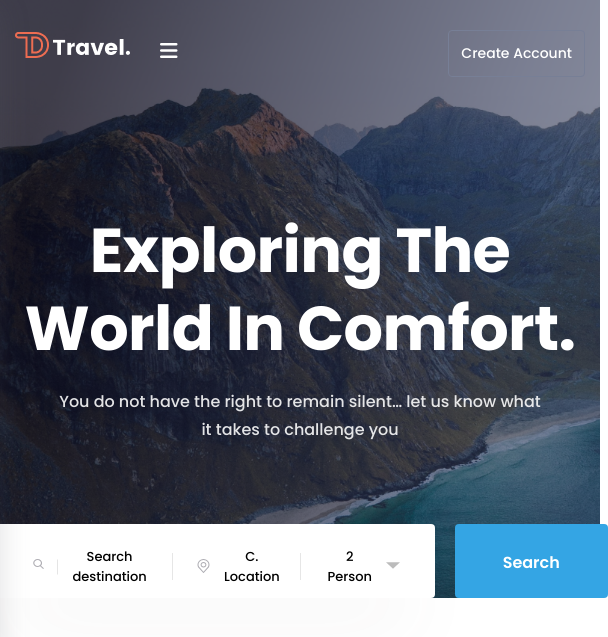
Repository: hoang0508/LandingPage-CodeTravel2
Page: index.html
An editor plug-in stored every save of this project. The page is shown before and after the next save, followed by the edit.
The browser window is 600 px wide. The page is 608 px wide, so the pictures cover 608 px, including what lies to the right of the window. The pictures show the whole page.
Some web libraries are served in a nearby version. The style sheet was rebuilt from its Sass, Less or Tailwind sources for each picture, by a compiler version that may differ from the author's.

Above is the page before, as saved 2022-09-16 14:49:08.

### index.html
<!DOCTYPE html>
<html lang="en">
  <head>
    <meta charset="UTF-8" />
    <meta http-equiv="X-UA-Compatible" content="IE=edge" />
    <meta name="viewport" content="width=device-width, initial-scale=1.0" />
    <title>Travale LandingPage</title>
    <link rel="stylesheet" href="https://cdnjs.cloudflare.com/ajax/libs/font-awesome/4.7.0/css/font-awesome.css">
    <link rel="stylesheet" href="./css/style.css" />
  </head>
  <body>
    <div class="wrapper">
      <!-- HEADER -->
      <header class="header">
        <div class="container">
          <div class="header-main">
            <div class="header-logo">
              <img src="./images/Logo.png" alt="Logo" />
            </div>
            <nav class="header-menu">
              <ul class="header-menu--list">
                <li class="header-menu--item">
                  <a href="#" class="header-menu--link">FIND A TRIP</a>
                </li>
                <li class="header-menu--item">
                  <a href="#" class="header-menu--link">DESTINATIONS</a>
                </li>
                <li class="header-menu--item">
                  <a href="#" class="header-menu--link">WHY BESNIK</a>
                </li>
                <li class="header-menu--item">
                  <a href="#" class="header-menu--link">CONTACT</a>
                </li>
              </ul>
              <div class="header-bar">
                <i class="fa-solid fa-bars"></i>
              </div>
            </nav>
            <div class="overlay"></div>

            <div class="header-button">
              <button class="button button-acount">Create Account</button>
            </div>
          </div>

          <div class="header-content">
            <h1 class="header-content--title">
              Exploring The World In Comfort.
            </h1>
            <p class="header-content--desc">
              You do not have the right to remain silent… let us know what it
              takes to challenge you
            </p>
            <div class="header-form">
              <div class="header-content--form">
                <div class="form-down">
                  <div class="form-down--col">
                    <div class="form-down--icon">
                      <img src="./images/icon-search.svg" alt="" />
                    </div>
                    <div class="form-down--text form-down--text-border"></div>
                      <span class="form-down--text form-down--text-txt">Search destination</span>
                    </div>
                  <div class="form-down--col">
                    <div class="form-down--icon">
                      <img src="./images/icon-loacation.svg" alt="" />
                    </div>
                    <span class="form-down--text form-down--text-location">C. Location</span>
                  </div>
                  <div class="form-down--col">
                    <span class="form-down--text">2 Person</span>
                    <div class="form-down--icon">
                      <img src="./images/icon-arrow.svg" alt="" />
                    </div>
                  </div>
                </div>
                </div>
                <button class="button button-search">Search</button>
              </div>
            </div>
          </div>
        </div>
      </header>
    </div>

    <script src="https://kit.fontawesome.com/6ddfb9b121.js" crossorigin="anonymous"></script>
    <script src="./script/main.js"></script>
  </body>
</html>

### script/main.js
const headerMenuList = document.querySelector(".header-menu--list");
const headerBar = document.querySelector(".header-bar");
const overlay = document.querySelector(".overlay");

headerBar.addEventListener("click", (item) => {
  headerMenuList.classList.toggle("header-menu--active");
  overlay.classList.toggle("show-overlay");
});

overlay.addEventListener("click", () => {
  headerMenuList.classList.remove("header-menu--active");
  overlay.classList.remove("show-overlay");
});

### sass/main.scss
@import "reset";
@import "variable";
@import "typography";
@import "base";
@import "global";
@import "header";

### sass/_reset.scss
*,
*::before,
*::after {
  box-sizing: border-box;
}
* {
  margin: 0;
  padding: 0;
  font: inherit;
}
body {
  line-height: 1.5;
}
img,
picture,
video,
canvas,
svg {
  display: block;
  max-width: 100%;
}
input,
button,
textarea,
select {
  outline: none;
}
p,
h1,
h2,
h3,
h4,
h5,
h6 {
  overflow-wrap: break-word;
}

a {
  text-decoration: none;
}

ul,
li {
  list-style: none;
}

### sass/_variable.scss
$text-white: #fff;
$primary-color: #34a5e4;
$border-gray: #e6e6e6;

### sass/_typography.scss
@font-face {
  font-family: "Poppins";
  src: url("../fonts/Poppins-Regular.ttf") format("opentype");
  font-style: normal;
  font-display: auto;
  font-weight: 400;
}

@font-face {
  font-family: "Poppins";
  src: url("../fonts/Poppins-Light.ttf") format("opentype");
  font-style: normal;
  font-display: auto;
  font-weight: 300;
}

@font-face {
  font-family: "Poppins";
  src: url("../fonts/Poppins-Medium.ttf") format("opentype");
  font-style: normal;
  font-display: auto;
  font-weight: 500;
}

@font-face {
  font-family: "Poppins";
  src: url("../fonts/Poppins-SemiBold.ttf") format("opentype");
  font-style: normal;
  font-display: auto;
  font-weight: 600;
}

@font-face {
  font-family: "Poppins";
  src: url("../fonts/Poppins-Thin.ttf") format("opentype");
  font-style: normal;
  font-display: auto;
  font-weight: 100;
}

@font-face {
  font-family: "Poppins";
  src: url("../fonts/Poppins-Bold.ttf") format("opentype");
  font-style: normal;
  font-display: auto;
  font-weight: 700;
}

### sass/_base.scss
body {
  font-family: "Poppins", sans-serif;
  font-weight: 500;
}

.wrapper {
  max-width: 1600px;
  margin: 0 auto;
}

.container {
  max-width: 1280px;
  margin: 0 auto;
}

@media screen and (max-width: 1023.98px) {
  .container {
    padding: 0 15px;
  }
}

### sass/_global.scss
// Button
button.button {
  display: inline-block;
  border: 0;
  cursor: pointer;
  color: $text-white;
  font-size: 14px;
  &-acount {
    background-color: transparent;
    padding: 19px 23px;
    border: 1.5px solid #777f96;
    border-radius: 4px;
  }
  &-search {
    height: 74px;
    padding: 27px 48px;
    background-color: $primary-color;
    color: $text-white;
    font-size: 16px;
    font-weight: 600;
    border-radius: 4px;
  }
}

// overlay
.show-overlay {
  position: fixed;
  top: 0;
  right: 0;
  bottom: 0;
  left: 0;
  background-color: rgba(0, 0, 0, 0.5);
  z-index: 10;
}

@media screen and (max-width: 767.98px) {
  button.button {
    &-acount {
      padding: 12px;
    }
  }
}

### sass/_header.scss
.header {
  background-image: url("../images/header-img.png");
  min-height: 800px;
  background-size: cover;
  background-repeat: repeat;
  padding-top: 30px;
  &-main {
    display: flex;
    align-items: center;
    margin-bottom: 135px;
  }
  &-logo {
    margin-right: 261px;
  }
  &-menu {
    &--list {
      display: flex;
      align-items: center;
      gap: 0 42px;
      margin-right: 225px;
    }
    &--link {
      color: $text-white;
      text-transform: lowercase;
      font-size: 14px;
    }
  }
  &-button {
    margin-left: auto;
  }
  &-form {
    display: flex;
    justify-content: center;
    align-items: center;
    gap: 0 20px;
  }
  &-content {
    text-align: center;
    &--title {
      max-width: 640px;
      width: 100%;
      margin: 0 auto;
      font-size: 62px;
      font-weight: 700;
      color: $text-white;
      margin-bottom: 20px;
      letter-spacing: -0.01em;
      line-height: 78px;
    }
    &--desc {
      max-width: 493px;
      margin: 0 auto;
      color: #ffffff;
      font-weight: 500;
      mix-blend-mode: normal;
      opacity: 0.88;
      line-height: 28px;
      margin-bottom: 80px;
    }
    &--form {
      background-color: #ffffff;
      padding: 23px 35px 24px 41px;
      height: 74px;
      border-radius: 4px;
      box-shadow: 0px 40px 80px -22px rgba(98, 89, 89, 0.09);
      .form-down {
        display: flex;
        align-items: center;
        &--col {
          display: flex;
          align-items: center;
          gap: 0 13px;
          &:nth-child(1) {
            margin-right: 43px;
          }
          &:nth-child(2) {
            position: relative;
            &::before {
              content: "";
              position: absolute;
              width: 1px;
              height: 27px;
              background-color: $border-gray;
              left: -25px;
            }
            &::after {
              content: "";
              position: absolute;
              width: 1px;
              height: 27px;
              background-color: $border-gray;
              right: 0;
            }
          }
          &:nth-child(3) {
            margin-left: 25px;
          }
        }
        &--text-border {
          position: relative;
          &::before {
            position: absolute;
            content: "";
            width: 1px;
            height: 15px;
            background: #e5e5e5;
            top: 50%;
            transform: translateY(-50%);
          }
        }
        &--text-txt {
          margin-right: 4px;
        }
        &--text-location {
          padding-right: 20px;
        }
        &--icon {
          width: 16px;
          height: 16px;
          display: inline-block;
          img {
            width: 100%;
            object-fit: cover;
          }
        }
      }
    }
  }
}

// reponsive Header

// Tablet
@media screen and (max-width: 1023.98px) {
  .header {
    min-height: 700px;
    &-main {
      align-items: baseline;
    }
    &-logo {
      margin-right: 30px;
    }
    &-menu--list {
      position: fixed;
      max-width: 400px;
      width: 100%;
      top: 0;
      left: 0;
      bottom: 0;
      background-color: #fff;
      box-shadow: rgba(100, 100, 111, 0.2) 0px 7px 29px 0px;
      display: flex;
      flex-direction: column;
      gap: 30px 0;
      align-items: stretch;
      padding: 20px;
      z-index: 20;
      transform: translateX(-100%);
      transition: all 0.25s linear;
    }
    &-menu--link {
      font-size: 18px;
      color: #333;
    }
    &-bar {
      color: $text-white;
      font-size: 20px;
      cursor: pointer;
    }
    &-menu--active {
      transform: translate(0);
    }
    .form-down--text {
      font-size: 13px;
    }
  }
}

// Phone
@media screen and (max-width: 767.98px) {
  .header {
    min-height: 500px;
    &-menu--list {
      max-width: 300px;
    }
  }
}

After the next save:
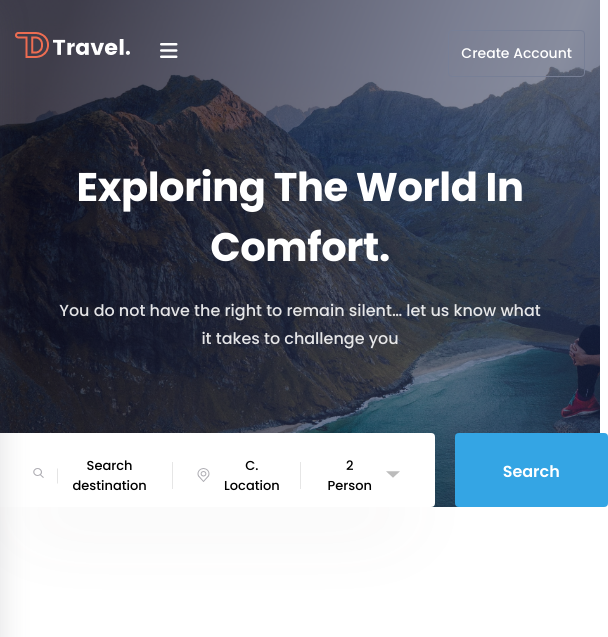
Saved 3 min 15 s later.
--- a/sass/_header.scss
+++ b/sass/_header.scss
@@ -180,8 +180,17 @@
 @media screen and (max-width: 767.98px) {
   .header {
     min-height: 500px;
+    &-main {
+      margin-bottom: 80px;
+    }
     &-menu--list {
       max-width: 300px;
     }
+    &-content {
+      &--title {
+        font-size: 40px;
+        line-height: 60px;
+      }
+    }
   }
 }
